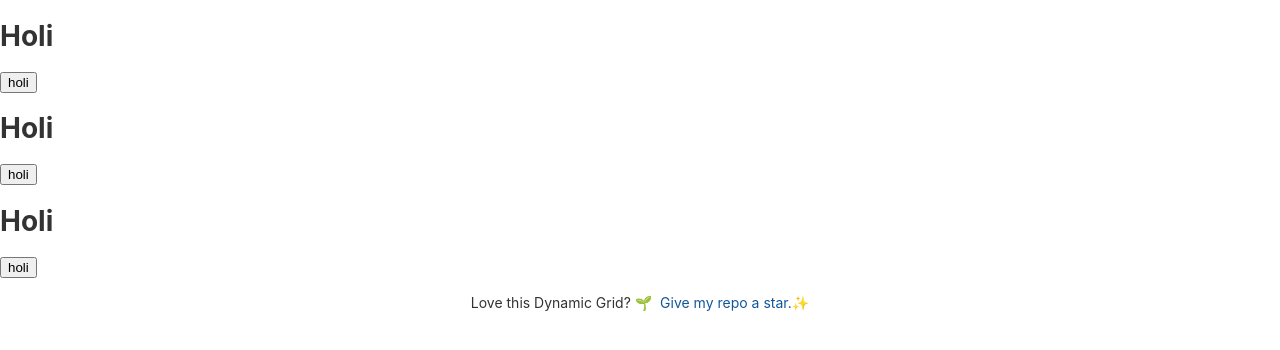
Repository: atzin-escandia/dynamic-angular-grid-factory
Page: /
An editor plug-in stored every save of this project. The page is shown before and after the next save, followed by the edit.
The browser window is 1280 px wide. The pictures show the whole page.
The project was rebuilt for these pictures with package versions that can differ from the ones it lists, and the page was loaded fresh each time. Also part of the build but not shown: angular.json.

Above is the page before, as saved 2023-08-16 14:40:50.

### src/index.html
<!DOCTYPE html>
<html lang="en">
  <head>
    <meta charset="utf-8" />
    <title>Dynamic Angular Grid</title>
    <base href="/" />
    <meta name="viewport" content="width=device-width, initial-scale=1" />
    <link rel="icon" type="image/x-icon" href="favicon.ico" />
  </head>
  <body>
    <app-root></app-root>
  </body>
</html>

### src/app/app.module.ts
import { NgModule } from '@angular/core';
import { BrowserModule } from '@angular/platform-browser';
import { AppComponent } from './app.component';
import { DynamicAngularGridFactory } from './dynamic-angular-grid/dynamic-angular-grid.component';

@NgModule({
  declarations: [
    AppComponent,
    DynamicAngularGridFactory
  ],
  imports: [
    BrowserModule
  ],
  providers: [],
  bootstrap: [AppComponent]
})
export class AppModule { }

### src/app/app.component.ts
import { Component } from '@angular/core';
import { ComponentExample } from './component-example/component-example.component';

@Component({
  selector: 'app-root',
  templateUrl: './app.component.html',
  styleUrls: ['./app.component.css']
})

export class AppComponent {
  styles = ['styling'];
  component = ComponentExample;
  title = 'dynamic-grid-angular';
  data = [
    {
      title: 'Discover our skin care product line',
      buttonName: 'View products',
      image: 'https://images.unsplash.com/photo-1555820585-c5ae44394b79?ixlib=rb-4.0.3&ixid=M3wxMjA3fDB8MHxwaG90by1wYWdlfHx8fGVufDB8fHx8fA%3D%3D&auto=format&fit=crop&w=725&q=80',
      position: 1,
    },
    {
      title: 'Tips for natural, glowing makeup',
      buttonName: 'See tips',
      image: 'https://images.unsplash.com/photo-1508759073847-9ca702cec7d2?ixlib=rb-4.0.3&ixid=M3wxMjA3fDB8MHxwaG90by1wYWdlfHx8fGVufDB8fHx8fA%3D%3D&auto=format&fit=crop&w=1470&q=80',
      position: 2,
    },
    {
      title: 'The secrets to healthy, shiny hair',
      buttonName: 'See secrets',
      image: 'https://images.unsplash.com/photo-1586220742613-b731f66f7743?ixlib=rb-4.0.3&ixid=M3wxMjA3fDB8MHxwaG90by1wYWdlfHx8fGVufDB8fHx8fA%3D%3D&auto=format&fit=crop&w=1470&q=80',
      position: 3,
    }
  ];

  handleEventData(data: any): void {
    // Set here all functions to handle from dynamic component grid
    const { eventData, key, index } = data;
    const dynamicFunctions: any = {
      toggleChange: () => {
      },
      emitButtonClick: () => {
        eventData.preventDefault();
      },
      click: () => {
        console.log('holi');

      },
    };

    dynamicFunctions[key]();
  }

}

### src/app/dynamic-angular-grid/dynamic-angular-grid.component.ts
import {
  AfterViewInit,
  Component,
  EventEmitter,
  Input,
  OnChanges,
  Output,
  SimpleChanges,
  ViewChild,
  ViewContainerRef,
} from '@angular/core';

@Component({
  selector: 'app-dynamic-angular-grid-factory',
  template: `
    <ng-container #ContainerFactory></ng-container>
  `,
})
export class DynamicAngularGridFactory implements AfterViewInit, OnChanges {
  @ViewChild('ContainerFactory', { read: ViewContainerRef }) containerRef: any;
  @Input() component: any;
  @Input() data: any[] = [];
  @Input() modifyItem: any;
  @Input() events: any[] = [];
  @Input() styles: string[] = [];
  @Output() eventDataEmitter: EventEmitter<any> = new EventEmitter<any>();

  componentRef: any;
  componentRefs: any[] = [];

  ngAfterViewInit(): void {
    if (this.containerRef) {
      this.data.forEach((item, i) => this.createComponent(item, i));
    }
  }

  ngOnChanges(changes: SimpleChanges): void {
    if (changes) {
      this.componentRefs.forEach((compRef, i) => this.reassignModifiedData(compRef, i));
    }
  }

  // This object reassign is for Angular @inputs to detect that the object has changed
  reassignModifiedData(componentRef: any, index: number): void {
    Object.assign(componentRef.instance, this.data[index]);
  }

  createComponent(data: any, index: number): void {
    const componentRef = this.containerRef.createComponent(this.component);

    this.componentRefs.push(componentRef);
    this.styles.forEach((style) => componentRef.location.nativeElement.classList.add(style));
    Object.assign(componentRef.instance, data);

    Object.keys(componentRef.instance).forEach((key: any) => {
      if (componentRef.instance[key] instanceof EventEmitter) {
        componentRef.instance[key].subscribe((eventData: any) => {
          this.eventDataEmitter.emit({ eventData, key, index });
          this.reassignModifiedData(componentRef, index);
        });
      }
    });
  }
}

### src/app/app.component.html
<!-- <ng-container *ngFor="let item of data"> -->
<app-dynamic-angular-grid-factory
  class="row"
  [data]="data"
  (eventDataEmitter)="handleEventData($event)"
  [styles]="styles"
  [component]="component"
>
</app-dynamic-angular-grid-factory>
<!-- </ng-container> -->

<footer>
  Love this Dynamic Grid? 🌱 &nbsp;
  <a href="https://github.com/atzin-escandia" target="_blank" rel="noopener">
    Give my repo a star.✨
  </a>
  <br />
</footer>

### src/app/app.component.css
:host {
  font-family: -apple-system, BlinkMacSystemFont, "Segoe UI", Roboto, Helvetica,
    Arial, sans-serif, "Apple Color Emoji", "Segoe UI Emoji", "Segoe UI Symbol";
  font-size: 14px;
  color: #333;
  box-sizing: border-box;
  -webkit-font-smoothing: antialiased;
  -moz-osx-font-smoothing: grayscale;
}

.styling {
  background: pink;
}

footer {
  display: flex;
  height: 50px;
  justify-content: center;
  align-items: center;
}

a,
a:visited,
a:hover {
  color: #125699;
  text-decoration: none;
}

### src/app/component-example/component-example.component.ts
import { Component, Input } from '@angular/core';

@Component({
  selector: 'app-component-example',
  templateUrl: './component-example.component.html',
})
export class ComponentExample {
  handleClick() {
    throw new Error('Method not implemented.');
  }
  @Input() data: any;

  constructor() {
    console.log(this.data);
  }

}

### src/app/component-example/component-example.component.html
<div>
  <h1>Holi</h1>
  <button (onClick)="handleClick()">holi</button>
</div>

Loaded but not shown: src/styles.css (common file); src/main.ts (common file)

After the next save:
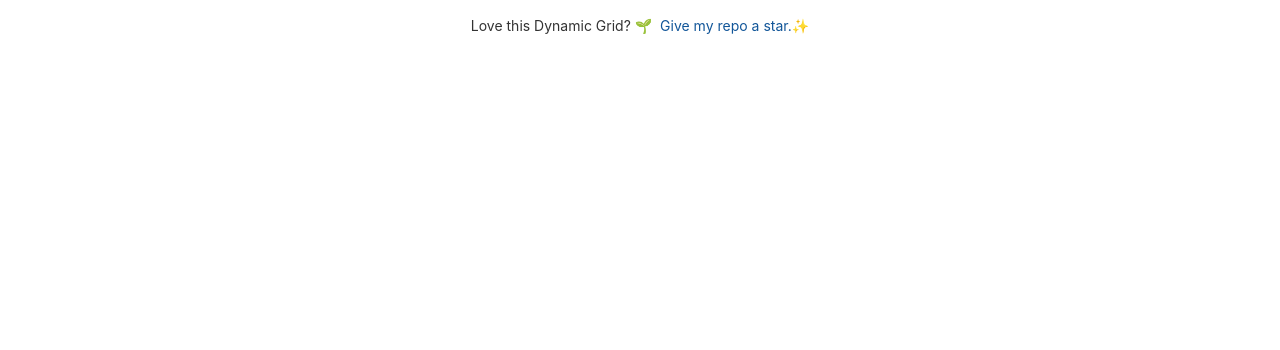
Saved 2 min 33 s later.
--- a/src/app/app.component.html
+++ b/src/app/app.component.html
@@ -1,7 +1,6 @@
 <!-- <ng-container *ngFor="let item of data"> -->
 <app-dynamic-angular-grid-factory
   class="row"
-  [data]="data"
   (eventDataEmitter)="handleEventData($event)"
   [styles]="styles"
   [component]="component"

After the save that followed:
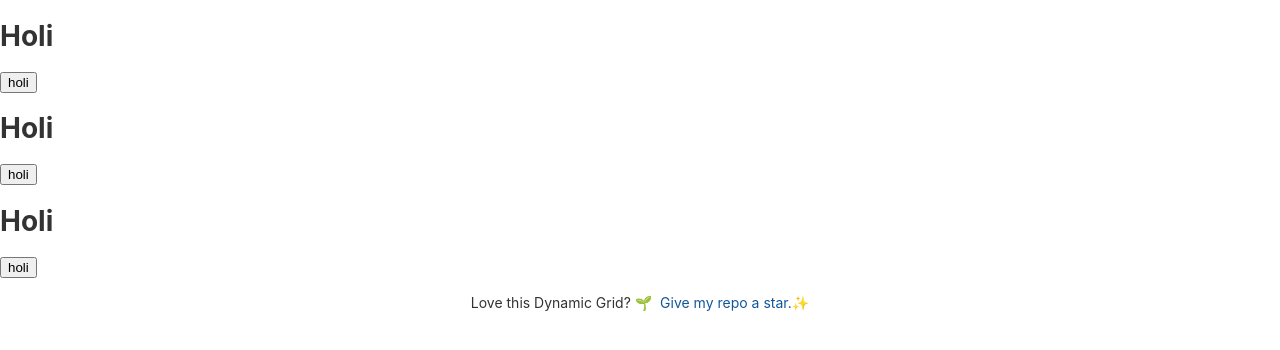
Saved 4 s later.
--- a/src/app/app.component.html
+++ b/src/app/app.component.html
@@ -1,6 +1,7 @@
 <!-- <ng-container *ngFor="let item of data"> -->
 <app-dynamic-angular-grid-factory
   class="row"
+  [data]="data"
   (eventDataEmitter)="handleEventData($event)"
   [styles]="styles"
   [component]="component"
